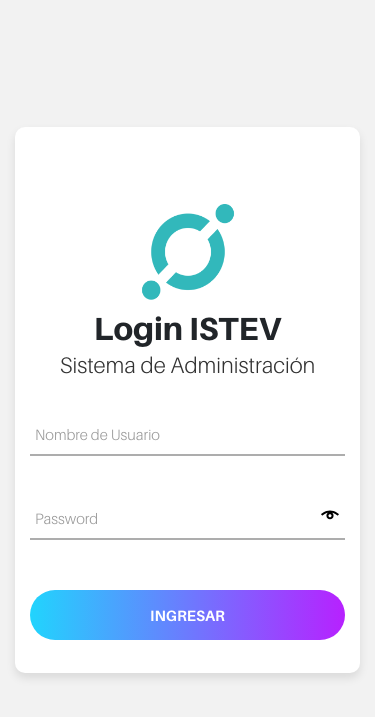
Repository: EvilTeletubby/istev
Page: http://localhost/
The author's editor kept a record of every edit. The page is drawn from the files as they stood at one moment, then again after the next edit.
The browser window is 375 px wide. The pictures show the whole page.
Some web fonts or font styles are not loaded; a fallback is used. The page is served by the project's Node server (app.js).

Above is the page before.

### views/index.jade
doctype html
html
    head
        title Login ISTEV
        link(href='plugins/aileron.css', rel='stylesheet')
        link(href='plugins/bootstrap.min.css', rel='stylesheet')
        link(href='css/icons.css', rel='stylesheet')
        link(href='css/main.css', rel='stylesheet')
        link(href='icon/favicon.png', rel='icon')

        script(defer,src='plugins/jquery-3.3.1.min.js')
        script(defer,src='plugins/sweetalert2.all.js')
        script(defer,src='js/main.js')
    body
        div.limiter
            div.container-login100

                div.wrap-login100
                    span.main-title
                        img(src='icon/favicon.png',height='100px',width='100px')
                    span.main-title Login ISTEV
                    form.login100-form.validate-form
                        span.login100-form-title.p-b-26 Sistema de Administración
                        div.wrap-input100.validate-input(data-validate='Solo se permiten letras')
                            input#user.input100(type="text" name="username")
                            span.focus-input100(data-placeholder="Nombre de Usuario")
                        div.wrap-input100.validate-input(data-validate='Ingrese la clave')
                            span.btn-show-pass
                                i.icon-eye
                            input#pass.input100(type='password' name='pass')
                            span.focus-input100(data-placeholder='Password')

                        div.container-login100-form-btn
                            div.wrap-login100-form-btn
                                div.login100-form-bgbtn
                                button#btn-submit.login100-form-btn Ingresar

### app.js
var express = require('express');
var bodyParser = require('body-parser');
var routes = require('./routes/routes.js');

var app = express();

app.use(bodyParser.json());
app.use(bodyParser.urlencoded({extended: true}));
app.use(express.static('public'));
app.set('view engine','jade');

routes(app);

var server = app.listen(3000,function(){
    console.log('App running on port.',server.address().port);
});

### routes/routes.js
var faker = require('faker');
var exec  = require('child_process').exec;

var appRouter = function(app){
    app.get('/',function(req,res){
        res.render('index',{title: 'Home'});
    });

    //Login
    app.post('/login',function(req,res,next){
        passport.authenticate('bearer',function(err,user){
            if(user){
                if(user.role === 'admin'){
                    return res.render('/adminTools');
                }
                else if(user.role === 'student'){
                    return res.render('/student');
                }
                else{
                    return res.render('/home');
                }
            }
        });
    })


    app.get('/au',function(req,res){
        var child = exec("java -jar /home/gsantiago/rewind.jar",function(err,stdout,stderr){
            if(err!==null)
                res.status(400).send(err);
            else
            {
                res.status(200).send(stdout);
            }
        });
    })

    app.get('/auth',function(req,res){
        var child = exec("java -jar /home/WAPI/checkAuth.jar 'telcou.ec'",function(err,stdout,stderr){
            if(err!==null)
                res.status(400).send(err);
            else
            {
                var rs = JSON.parse(stdout);
                res.status(200).send(rs);
            }
        });
    })
}

module.exports = appRouter;

### public/css/icons.css
.icon-eye {
    background-repeat: no-repeat;
    background-image: url("../icon/eye.svg");
    height:20px;
    width:20px;
}

### public/css/main.css
.main-title {
    font-family: 'AileronHeavy';
    display: block;
    text-align: center;
    font-size: 2em;
}





/*//////////////////////////////////////////////////////////////////
[ FONT ]*/

@font-face {
  font-family: Poppins-Regular;
  src: url('../fonts/poppins/Poppins-Regular.ttf');
}

@font-face {
  font-family: Poppins-Medium;
  src: url('../fonts/poppins/Poppins-Medium.ttf');
}

@font-face {
  font-family: Poppins-Bold;
  src: url('../fonts/poppins/Poppins-Bold.ttf');
}

@font-face {
  font-family: Poppins-SemiBold;
  src: url('../fonts/poppins/Poppins-SemiBold.ttf');
}




/*//////////////////////////////////////////////////////////////////
[ RESTYLE TAG ]*/

* {
	margin: 0px;
	padding: 0px;
	box-sizing: border-box;
}

body, html {
	height: 100%;
	font-family: Poppins-Regular, sans-serif;
}

/*---------------------------------------------*/
a {
	font-family: Poppins-Regular;
	font-size: 14px;
	line-height: 1.7;
	color: #666666;
	margin: 0px;
	transition: all 0.4s;
	-webkit-transition: all 0.4s;
  -o-transition: all 0.4s;
  -moz-transition: all 0.4s;
}

a:focus {
	outline: none !important;
}

a:hover {
	text-decoration: none;
  color: #6a7dfe;
  color: -webkit-linear-gradient(left, #21d4fd, #b721ff);
  color: -o-linear-gradient(left, #21d4fd, #b721ff);
  color: -moz-linear-gradient(left, #21d4fd, #b721ff);
  color: linear-gradient(left, #21d4fd, #b721ff);
}

/*---------------------------------------------*/
h1,h2,h3,h4,h5,h6 {
	margin: 0px;
}

p {
	font-family: Poppins-Regular;
	font-size: 14px;
	line-height: 1.7;
	color: #666666;
	margin: 0px;
}

ul, li {
	margin: 0px;
	list-style-type: none;
}


/*---------------------------------------------*/
input {
	outline: none;
	border: none;
}

textarea {
  outline: none;
  border: none;
}

textarea:focus, input:focus {
  border-color: transparent !important;
}

input:focus::-webkit-input-placeholder { color:transparent; }
input:focus:-moz-placeholder { color:transparent; }
input:focus::-moz-placeholder { color:transparent; }
input:focus:-ms-input-placeholder { color:transparent; }

textarea:focus::-webkit-input-placeholder { color:transparent; }
textarea:focus:-moz-placeholder { color:transparent; }
textarea:focus::-moz-placeholder { color:transparent; }
textarea:focus:-ms-input-placeholder { color:transparent; }

input::-webkit-input-placeholder { color: #adadad;}
input:-moz-placeholder { color: #adadad;}
input::-moz-placeholder { color: #adadad;}
input:-ms-input-placeholder { color: #adadad;}

textarea::-webkit-input-placeholder { color: #adadad;}
textarea:-moz-placeholder { color: #adadad;}
textarea::-moz-placeholder { color: #adadad;}
textarea:-ms-input-placeholder { color: #adadad;}

/*---------------------------------------------*/
button {
	outline: none !important;
	border: none;
	background: transparent;
}

button:hover {
	cursor: pointer;
}

iframe {
	border: none !important;
}


/*//////////////////////////////////////////////////////////////////
[ Utility ]*/
.txt1 {
  font-family: Poppins-Regular;
  font-size: 13px;
  color: #666666;
  line-height: 1.5;
}

.txt2 {
  font-family: Poppins-Regular;
  font-size: 13px;
  color: #333333;
  line-height: 1.5;
}

/*//////////////////////////////////////////////////////////////////
[ login ]*/

.limiter {
  width: 100%;
  margin: 0 auto;
}

.container-login100 {
  width: 100%;
  min-height: 100vh;
  display: -webkit-box;
  display: -webkit-flex;
  display: -moz-box;
  display: -ms-flexbox;
  display: flex;
  flex-wrap: wrap;
  justify-content: center;
  align-items: center;
  padding: 15px;
  background: #f2f2f2;
}

.wrap-login100 {
  width: 390px;
  background: #fff;
  border-radius: 10px;
  overflow: hidden;
  padding: 77px 55px 33px 55px;

  box-shadow: 0 5px 10px 0px rgba(0, 0, 0, 0.1);
  -moz-box-shadow: 0 5px 10px 0px rgba(0, 0, 0, 0.1);
  -webkit-box-shadow: 0 5px 10px 0px rgba(0, 0, 0, 0.1);
  -o-box-shadow: 0 5px 10px 0px rgba(0, 0, 0, 0.1);
  -ms-box-shadow: 0 5px 10px 0px rgba(0, 0, 0, 0.1);
}


/*------------------------------------------------------------------
[ Form ]*/

.login100-form {
  width: 100%;
}

.login100-form-title {
  display: block;
  font-family: AileronLight;
  font-size: 1.4em;
  color: #333333;
  line-height: 1.2;
  text-align: center;
}
.login100-form-title i {
  font-size: 60px;
}

/*------------------------------------------------------------------
[ Input ]*/

.wrap-input100 {
  width: 100%;
  position: relative;
  border-bottom: 2px solid #adadad;
  margin-bottom: 37px;
  margin-top:30px;
}

.input100 {
  font-family: AileronLight, sans-serif;
  font-size: 15px;
  color: #555555;
  line-height: 1.2;

  display: block;
  width: 100%;
  height: 45px;
  background: transparent;
  padding: 0 5px;
}

/*.focus-input100::-webkit-input-placeholder{*/
/*    font-family: AileronLight, sans-serif;*/
/*}*/
/*.focus-input100:-ms-input-placeholder{*/
/*    font-family: AileronLight, sans-serif;*/
/*}*/
/*.focus-input100::-moz-placeholder{*/
/*    font-family: AileronLight, sans-serif;*/
/*}*/
/*.focus-input100::-moz-placeholder{*/
/*    font-family: AileronLight, sans-serif;*/
/*}*/

/*---------------------------------------------*/
.focus-input100 {
  position: absolute;
  display: block;
  width: 100%;
  height: 100%;
  top: 0;
  left: 0;
  pointer-events: none;
}

.focus-input100::before {
  content: "";
  display: block;
  position: absolute;
  bottom: -2px;
  left: 0;
  width: 0;
  height: 2px;

  -webkit-transition: all 0.4s;
  -o-transition: all 0.4s;
  -moz-transition: all 0.4s;
  transition: all 0.4s;

  background: #6a7dfe;
  background: -webkit-linear-gradient(left, #21d4fd, #b721ff);
  background: -o-linear-gradient(left, #21d4fd, #b721ff);
  background: -moz-linear-gradient(left, #21d4fd, #b721ff);
  background: linear-gradient(left, #21d4fd, #b721ff);
}

.focus-input100::after {
  font-family: AileronLight;
  font-size: 15px;
  color: #999999;
  line-height: 1.2;

  content: attr(data-placeholder);
  display: block;
  width: 100%;
  position: absolute;
  top: 16px;
  left: 0px;
  padding-left: 5px;

  -webkit-transition: all 0.4s;
  -o-transition: all 0.4s;
  -moz-transition: all 0.4s;
  transition: all 0.4s;
}

.input100:focus + .focus-input100::after {
  top: -15px;
}

.input100:focus + .focus-input100::before {
  width: 100%;
}

.has-val.input100 + .focus-input100::after {
  top: -15px;
}

.has-val.input100 + .focus-input100::before {
  width: 100%;
}

/*---------------------------------------------*/
.btn-show-pass {
  font-size: 15px;
  color: #999999;

  display: -webkit-box;
  display: -webkit-flex;
  display: -moz-box;
  display: -ms-flexbox;
  display: flex;
  align-items: center;
  position: absolute;
  height: 100%;
  top: 0;
  right: 0;
  padding-right: 5px;
  cursor: pointer;
  -webkit-transition: all 0.4s;
  -o-transition: all 0.4s;
  -moz-transition: all 0.4s;
  transition: all 0.4s;
}

.btn-show-pass:hover {
  color: #6a7dfe;
  color: -webkit-linear-gradient(left, #21d4fd, #b721ff);
  color: -o-linear-gradient(left, #21d4fd, #b721ff);
  color: -moz-linear-gradient(left, #21d4fd, #b721ff);
  color: linear-gradient(left, #21d4fd, #b721ff);
}

.btn-show-pass.active {
  color: #6a7dfe;
  color: -webkit-linear-gradient(left, #21d4fd, #b721ff);
  color: -o-linear-gradient(left, #21d4fd, #b721ff);
  color: -moz-linear-gradient(left, #21d4fd, #b721ff);
  color: linear-gradient(left, #21d4fd, #b721ff);
}



/*------------------------------------------------------------------
[ Button ]*/
.container-login100-form-btn {
  display: -webkit-box;
  display: -webkit-flex;
  display: -moz-box;
  display: -ms-flexbox;
  display: flex;
  flex-wrap: wrap;
  justify-content: center;
  padding-top: 13px;
}

.wrap-login100-form-btn {
  width: 100%;
  display: block;
  position: relative;
  z-index: 1;
  border-radius: 25px;
  overflow: hidden;
  margin: 0 auto;
}

.login100-form-bgbtn {
  position: absolute;
  z-index: -1;
  width: 300%;
  height: 100%;
  background: #a64bf4;
  background: -webkit-linear-gradient(right, #21d4fd, #b721ff, #21d4fd, #b721ff);
  background: -o-linear-gradient(right, #21d4fd, #b721ff, #21d4fd, #b721ff);
  background: -moz-linear-gradient(right, #21d4fd, #b721ff, #21d4fd, #b721ff);
  background: linear-gradient(right, #21d4fd, #b721ff, #21d4fd, #b721ff);
  top: 0;
  left: -100%;

  -webkit-transition: all 0.4s;
  -o-transition: all 0.4s;
  -moz-transition: all 0.4s;
  transition: all 0.4s;
}

.login100-form-btn {
  font-family: AileronBold;
  font-size: 15px;
  color: #fff;
  line-height: 1.2;
  text-transform: uppercase;

  display: -webkit-box;
  display: -webkit-flex;
  display: -moz-box;
  display: -ms-flexbox;
  display: flex;
  justify-content: center;
  align-items: center;
  padding: 0 20px;
  width: 100%;
  height: 50px;
}

.wrap-login100-form-btn:hover .login100-form-bgbtn {
  left: 0;
}


/*------------------------------------------------------------------
[ Responsive ]*/

@media (max-width: 576px) {
  .wrap-login100 {
    padding: 77px 15px 33px 15px;
  }
}



/*------------------------------------------------------------------
[ Alert validate ]*/

.validate-input {
  position: relative;
}

.alert-validate::before {
  content: attr(data-validate);
  position: absolute;
  max-width: 70%;
  background-color: #fff;
  border: 1px solid #c80000;
  border-radius: 2px;
  padding: 4px 25px 4px 10px;
  top: 50%;
  -webkit-transform: translateY(-50%);
  -moz-transform: translateY(-50%);
  -ms-transform: translateY(-50%);
  -o-transform: translateY(-50%);
  transform: translateY(-50%);
  right: 0px;
  pointer-events: none;

  font-family: Poppins-Regular;
  color: #c80000;
  font-size: 13px;
  line-height: 1.4;
  text-align: left;

  visibility: hidden;
  opacity: 0;

  -webkit-transition: opacity 0.4s;
  -o-transition: opacity 0.4s;
  -moz-transition: opacity 0.4s;
  transition: opacity 0.4s;
}

.alert-validate::after {
  content: "\f06a";
  font-family: FontAwesome;
  font-size: 16px;
  color: #c80000;

  display: block;
  position: absolute;
  background-color: #fff;
  top: 50%;
  -webkit-transform: translateY(-50%);
  -moz-transform: translateY(-50%);
  -ms-transform: translateY(-50%);
  -o-transform: translateY(-50%);
  transform: translateY(-50%);
  right: 5px;
}

.alert-validate:hover:before {
  visibility: visible;
  opacity: 1;
}

@media (max-width: 992px) {
  .alert-validate::before {
    visibility: visible;
    opacity: 1;
  }
}

### public/js/main.js
/* global $ */
$(function(){
    "use strict";
    /*==================================================================
    [ Focus input ]*/
    $('.input100').each(function(){
        $(this).on('blur', function(){
            if($(this).val().trim() != "") {
                $(this).addClass('has-val');
            }
            else {
                $(this).removeClass('has-val');
            }
        });
    });

    /*==================================================================
    [ Show pass ]*/
    var showPass = 0;
    $('.btn-show-pass').on('click', function(){
        if(showPass == 0) {
            $(this).next('input').attr('type','text');
            $(this).find('i').removeClass('zmdi-eye');
            $(this).find('i').addClass('zmdi-eye-off');
            showPass = 1;
        }
        else {
            $(this).next('input').attr('type','password');
            $(this).find('i').addClass('zmdi-eye');
            $(this).find('i').removeClass('zmdi-eye-off');
            showPass = 0;
        }

    });

    $("#btn-submit").click(function(e){
        e.preventDefault();

        if(validForm())
        {
            //Send POST
        }
        else
        {
            //Send Error modal
            showModal("error","Error","Usuario incorrecto, favor verificar.");
        }
    })
});

function showModal(type,title,text)
{
    swal({
      type: type,
      title: title,
      text: text,
      //footer: '<a href>Why do I have this issue?</a>',
    })
}

function validForm()
{
    var user = $("#user").val();
    return /[^a-zA-Z0-9]/.test();
}

### public/icon/eye.svg
<svg xmlns="http://www.w3.org/2000/svg" xmlns:xlink="http://www.w3.org/1999/xlink" viewBox="0 0 100 100" version="1.1" x="0px" y="0px"><title>magn_gls-5</title><desc>Created with Sketch.</desc><g stroke="none" stroke-width="1" fill="none" fill-rule="evenodd"><path d="M50,61.7094605 C45.6890667,61.7094605 42.1821147,58.2022563 42.1821147,53.8915752 C42.1821147,49.5808941 45.6890667,46.0736899 50,46.0736899 C54.3109333,46.0736899 57.8178853,49.5808941 57.8178853,53.8915752 C57.8178853,58.2022563 54.3109333,61.7094605 50,61.7094605 L50,61.7094605 Z M95,46.2045764 C94.180383,45.4611207 74.6444964,28 50,28 C25.3555036,28 5.81961701,45.4611207 5,46.2045764 L11.7710452,53.6820054 C11.9142891,53.5531364 23.8103364,42.9820945 39.6135611,39.3202979 C35.0668303,42.5705207 32.0945208,47.8889524 32.0945208,53.8915752 C32.0945208,63.7645556 40.1270196,71.7970544 50,71.7970544 C59.8729804,71.7970544 67.9054792,63.7645556 67.9054792,53.8915752 C67.9054792,47.8889524 64.9331697,42.5705207 60.3864389,39.3202979 C76.1896636,42.9818423 88.0847022,53.5521276 88.22265,53.6764572 L95,46.2045764 Z" fill="#000000"/></g></svg>

Loaded but not shown: public/plugins/aileron.css (library); public/plugins/bootstrap.min.css (library); public/plugins/jquery-3.3.1.min.js (library); public/plugins/sweetalert2.all.js (library)

After the next edit:
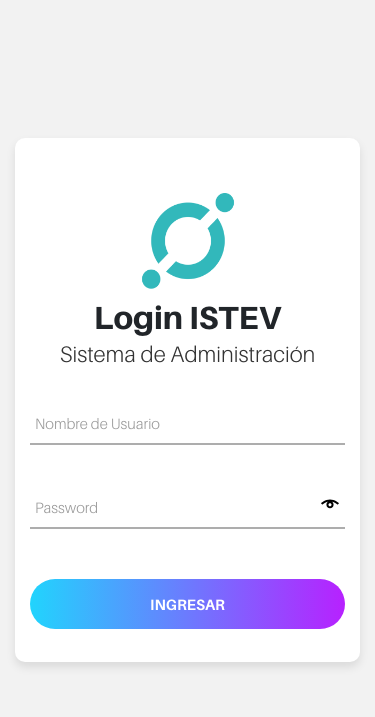
The edit:
--- a/public/css/main.css
+++ b/public/css/main.css
@@ -435,7 +435,7 @@
 
 @media (max-width: 576px) {
   .wrap-login100 {
-    padding: 77px 15px 33px 15px;
+    padding: 55px 15px 33px 15px;
   }
 }
 
